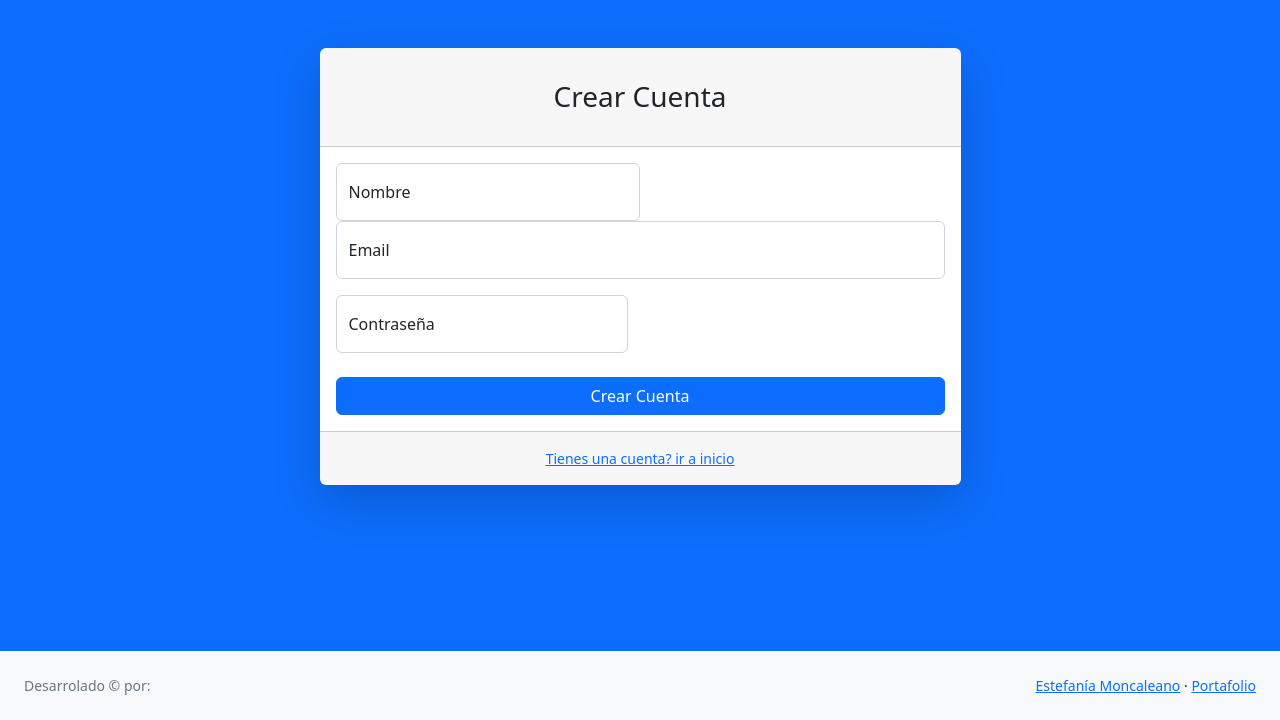
Repository: EstefaMH/Dashboard
Page: register.html
An editor plug-in stored every save of this project. The page is shown before and after the next save, followed by the edit.
The browser window is 1280 px wide. The pictures show the whole page.
Some web libraries are served in a nearby version.

Above is the page before, as saved 2023-12-29 02:40:37.

After the next save:
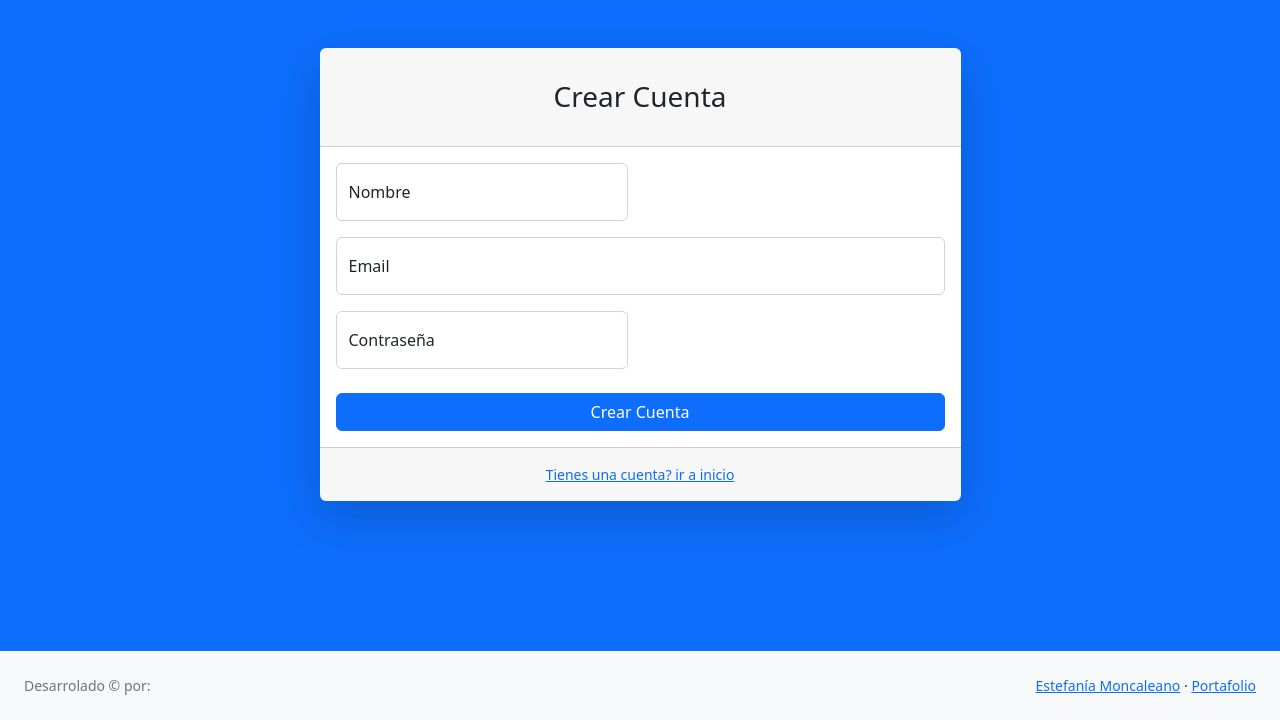
Saved 6 s later.
--- a/register.html
+++ b/register.html
@@ -25,7 +25,7 @@
                                 </div>
                                 <div class="card-body">
                                     <form class="form_register" id="form_register" name="form_register" onsubmit="submitFormRegister()">
-
+                                        <div class="row mb-3">
                                             <div class="col-md-6">
                                                 <div class="form-floating mb-3 mb-md-0">
                                                     <input required name="userName" class="form-control" id="inputFirstName"
@@ -34,7 +34,7 @@
                                                 </div>
                                             </div>
 
-
+                                        </div>
                                         <div class="form-floating mb-3">
                                             <input required name="email" class="form-control" id="inputEmail" type="email"
                                                 placeholder="name@example.com" />
